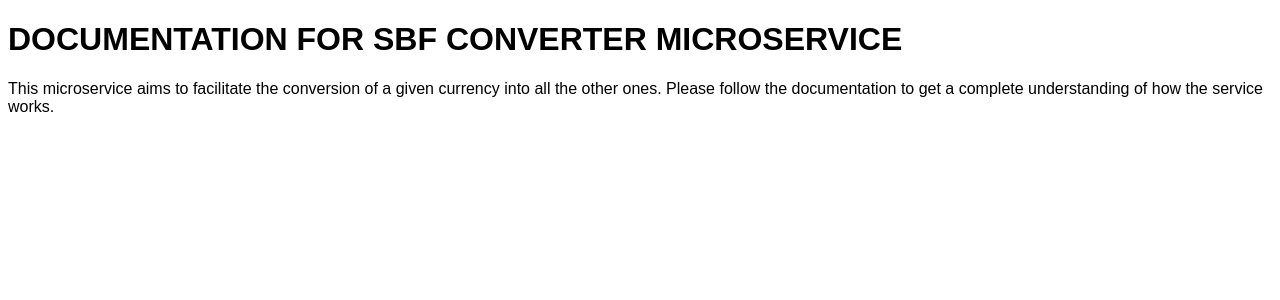
Repository: miguelamello/nestjs-restful-api
Page: documentation.html
An editor plug-in stored every save of this project. The page is shown before and after a run of saves, followed by the edit.
The browser window is 1280 px wide. The pictures show the whole page.

Above is the page before, as saved 2023-03-21 21:48:10.

### documentation.html
<!DOCTYPE html>
<html lang="en">
<head>
  <meta charset="UTF-8">
  <meta http-equiv="X-UA-Compatible" content="IE=edge">
  <meta name="viewport" content="width=device-width, initial-scale=1.0">
  <title>SBF Converter Documentation</title>
  <style>
    body {
      font-family: Arial, Helvetica, sans-serif;
    }
  </style>
</head>
<body>
  <H1>DOCUMENTATION FOR SBF CONVERTER MICROSERVICE</H1>
  <p>This microservice aims to facilitate the conversion of a given currency
    into all the other ones. Please follow the documentation to get a complete
  understanding of how the service works. </p>
</body>
</html>

After the next 6 saves:
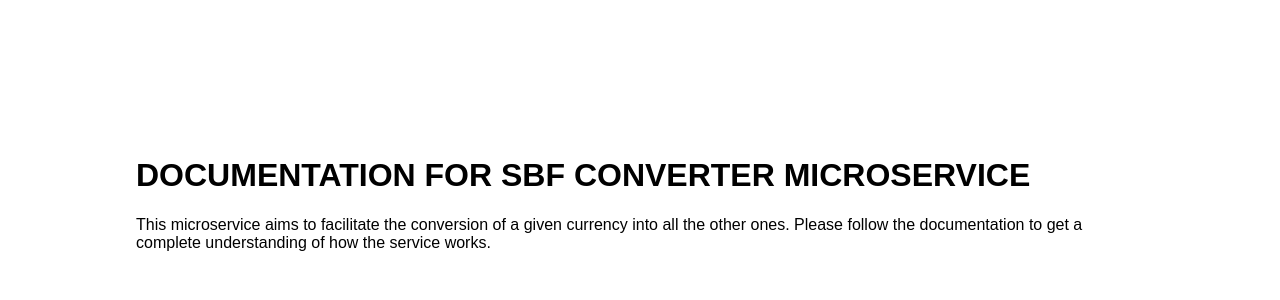
The 6 saves are shown as one change because they came seconds apart.
The last was saved 21 s later.
--- a/documentation.html
+++ b/documentation.html
@@ -8,6 +8,7 @@
   <style>
     body {
       font-family: Arial, Helvetica, sans-serif;
+      padding: 10%;
     }
   </style>
 </head>
